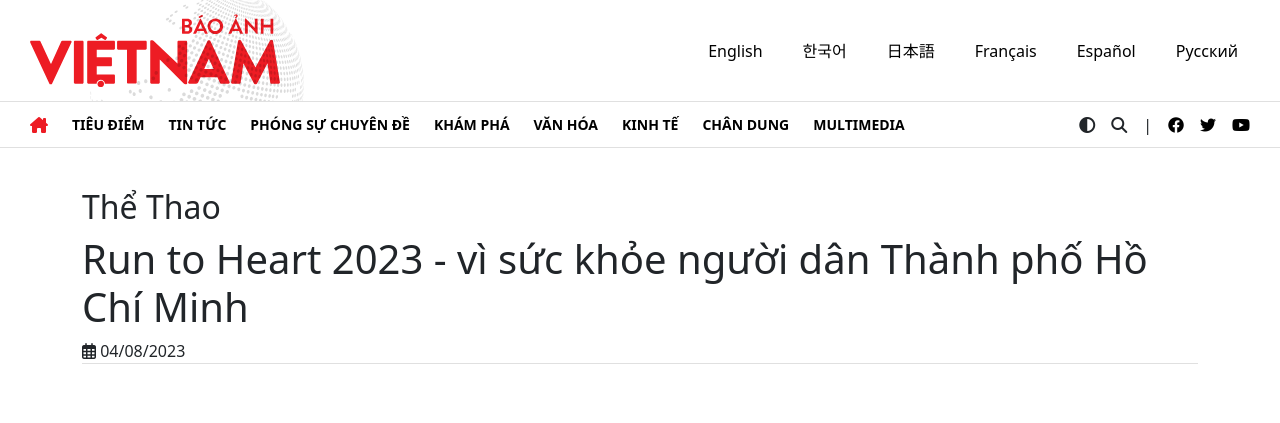
Repository: kietdotshp/webtintuc
Page: Detail.html
An editor plug-in stored every save of this project. The page is shown before and after a run of saves, followed by the edit.
The browser window is 1280 px wide. The pictures show the whole page.
Some web libraries are served in a nearby version.

Above is the page before, as saved 2023-08-10 16:03:27.

After the next 2 saves:
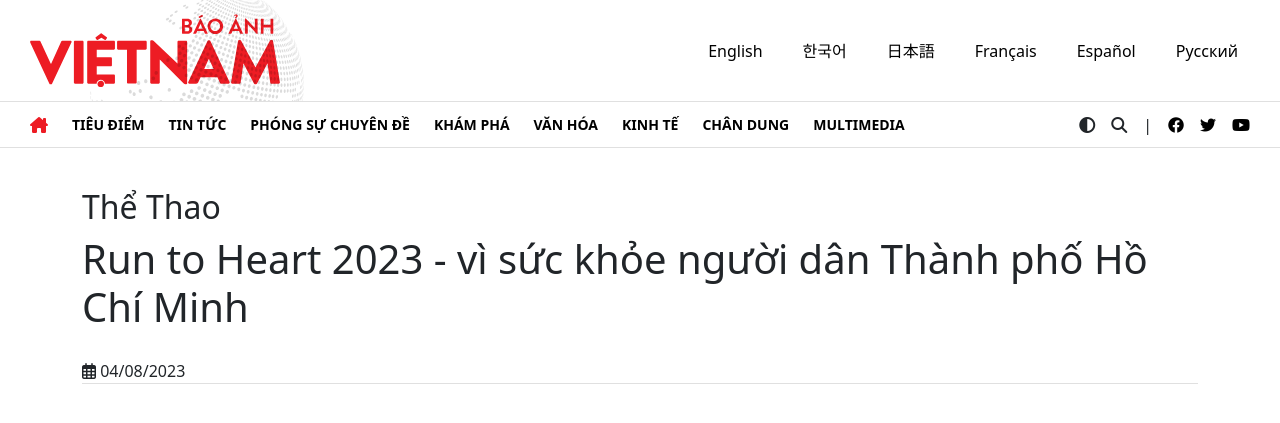
The 2 saves are shown as one change because they came seconds apart.
The last was saved 9 s later.
--- a/assets/css/detail.css
+++ b/assets/css/detail.css
@@ -234,3 +234,6 @@
   .detailmenu{
     margin-top: 40px;
   }
+.timeline{
+    padding-top:20px
+}
